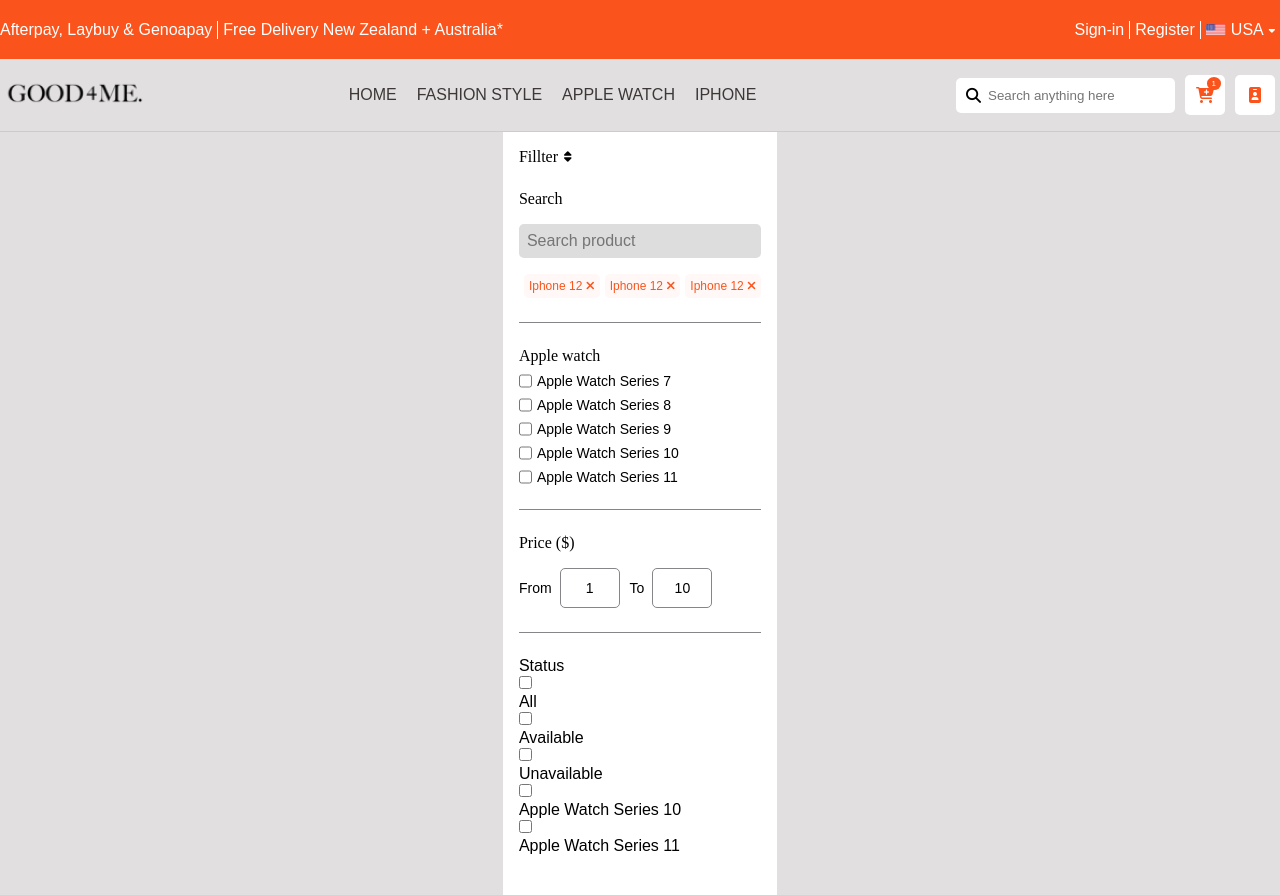
Repository: Ngoc28/Shoppe-web
Page: html/category.html
These files come from the project's save history. The page is drawn as it stood at one moment and after the next save; the edit follows.
The browser window is 1280 px wide. The pictures show the whole page.
Some web fonts or font styles are not loaded; a fallback is used.

Above is the page before, as saved 2023-08-08 14:46:37.

### html/category.html
<!DOCTYPE html>
<html lang="en">
<head>
    <meta charset="UTF-8">
    <meta name="viewport" content="width=device-width, initial-scale=1.0">
    <title>Category</title>
    <link rel="stylesheet" href="../accest/css/base.css">
    <link rel="stylesheet" href="/accest/css/category.css">
    <link rel="stylesheet" href="https://cdnjs.cloudflare.com/ajax/libs/font-awesome/6.4.2/css/all.min.css"
        integrity="sha512-z3gLpd7yknf1YoNbCzqRKc4qyor8gaKU1qmn+CShxbuBusANI9QpRohGBreCFkKxLhei6S9CQXFEbbKuqLg0DA=="
        crossorigin="anonymous" referrerpolicy="no-referrer" />
</head>
<body>
    <header>
        <div class="header-top">
            <div class="header-info wide">
                <div class="header-info-dis">
                    <p class="header-info-country">Afterpay, Laybuy & Genoapay</p>
                    <div class="boder-r"></div>
                    <p class="header-info-country">Free Delivery New Zealand + Australia*</p>
                </div>
                <div class="header-info-user">
                    <div class="header-authen">
                        <p class="btn-sign">Sign-in</p>
                        <div class="boder-r"></div>
                        <p class="btn-register">Register</p>
                        <div class="boder-r"></div>
                    </div>
                    <div class="header-contry">
                        <img src="../accest/image/co.png" alt="" width="20px" , height="12px">
                        <p class="btn-country">
                            USA
                            <i class="fa-solid fa-caret-down"></i>
                        </p>
                    </div>
                </div>
            </div>
        </div>
        <div class="header-bot">
            <div class="header-nav wide">
                <div class="header-logo">
                    <img src="../accest/image/Logo_-_Good4Me_140x 1.png" alt="">
                </div>
                <div class="header-navbar">
                    <ul class="nav-link">
                        <li class="nav-item"><a href="/index.html">Home</a></li>
                        <li class="nav-item"><a href="">Fashion style</a></li>
                        <li class="nav-item"><a href="#">Apple watch</a></li>
                        <li class="nav-item"><a href="">Iphone</a></li>
                    </ul>
                </div>
                <div class="header-choose">
                    <label for="search" class="header-search">
                        <i class="fa-solid fa-magnifying-glass"></i>
                        <input type="text" placeholder="Search anything here" id="search">
                    </label>
                    <div class="header-cart">
                        <i class="fa-solid fa-cart-plus"></i>

                        <div class="cart-number">
                            <span>1</span>
                        </div>
                    </div>
                    <div class="header-contact">
                        <i class="fa-solid fa-id-badge"></i>
                    </div>
                </div>
            </div>
        </div>
    </header>

    <div class="container">
        <div class="container-width main-width">
            <div class="container-nav">
                <div class="container-nav-fil">
                    <p>Fillter</p>
                    <i class="fa-solid fa-sort"></i>
                </div>
                <div class="container-nav-search">
                    <label for="search">Search</label>
                    <input type="search" name="search" id="search" placeholder="Search product">
                    <div class="btn-his">
                        <button>
                            Iphone 12
                            <i class="fa-solid fa-xmark"></i>
                        </button>
                        <button>
                            Iphone 12
                            <i class="fa-solid fa-xmark"></i>
                        </button>
                        <button>
                            Iphone 12
                            <i class="fa-solid fa-xmark"></i>
                        </button>

                    </div>
                </div>

                <div class="line"></div>

                <div class="container-nav-brand">
                    <div class="container-nav-heading">
                        <p>Apple watch</p>
                    </div>
                    <div class="container-nav-check">
                        <div class="container-nav-check-item">
                            <input type="checkbox"><p>Apple Watch Series 7</p>
                        </div>
                        <div class="container-nav-check-item">
                            <input type="checkbox"><p>Apple Watch Series 8</p>
                        </div>
                        <div class="container-nav-check-item">
                            <input type="checkbox"><p>Apple Watch Series 9</p>
                        </div>
                        <div class="container-nav-check-item">
                            <input type="checkbox"><p>Apple Watch Series 10</p>
                        </div>
                        <div class="container-nav-check-item">
                            <input type="checkbox"><p>Apple Watch Series 11</p>
                        </div>
                    </div>
                </div>

                <div class="line"></div>

                <div class="container-nav-price">
                    <p class="container-nav-price-title">
                        Price ($)
                    </p>
                    <div class="container-nav-price-about">
                        <div class="container-nav-price-from">
                            <p>From</p>
                            <button>1</button>
                        </div>

                        <div class="container-nav-price-to">
                            <p>To</p>
                            <button>10</button>
                        </div>
                    </div>
                </div>
                <div class="line"></div>

                <div class="container-nav-status">
                    <p class="container-nav-status">Status</p>
                    <div class="container-nav-status-check">
                        <div class="container-nav-status-item">
                            <input type="checkbox"><p>All</p>
                        </div>
                        <div class="container-nav-status-item">
                            <input type="checkbox"><p>Available</p>
                        </div>
                        <div class="container-nav-status-item">
                            <input type="checkbox"><p>Unavailable</p>
                        </div>
                        <div class="container-nav-status-item">
                            <input type="checkbox"><p>Apple Watch Series 10</p>
                        </div>
                        <div class="container-nav-status-item">
                            <input type="checkbox"><p>Apple Watch Series 11</p>
                        </div>
                    </div>
                </div>
            </div>
            <!-- Product -->
            <div class="container-product">

            </div>
        </div>
    </div>
</body>
</html>

### accest/css/base.css
@font-face{font-family:gilroy-bold;font-style:normal;font-weight:400;src:local('Gilroy-Bold'),url(https://fonts.cdnfonts.com/s/16219/Gilroy-Bold.woff) format('woff')}@font-face{font-family:gilroy-heavy;font-style:normal;font-weight:400;src:local('Gilroy-Heavy'),url(https://fonts.cdnfonts.com/s/16219/Gilroy-Heavy.woff) format('woff')}@font-face{font-family:gilroy-light;font-style:normal;font-weight:400;src:local('Gilroy-Light'),url(https://fonts.cdnfonts.com/s/16219/Gilroy-Light.woff) format('woff')}@font-face{font-family:gilroy-medium;font-style:normal;font-weight:400;src:local('Gilroy-Medium'),url(https://fonts.cdnfonts.com/s/16219/Gilroy-Medium.woff) format('woff')}@font-face{font-family:gilroy-regular;font-style:normal;font-weight:400;src:local('Gilroy-Regular'),url(https://fonts.cdnfonts.com/s/16219/Gilroy-Regular.woff) format('woff')}

*{
    padding: 0;
    margin: 0;
    box-sizing: border-box;
}

:root {
    --main-color: #FA541C;
    --footer-color: #FFF8F6;
    --white-color: #FFFF;
    --text-color: #3D3737;
    --gray-text:#85858A;
    --gray-background: #DDDDDD;
    --main-background: #e0ddddef;
}

.wide{
    width: 1280px;
}

html {
    font-family: gilroy-regular, sans-serif;
}

body {
    background: var(--main-background);
}
/* header */
header {
}

.header-top {
    background: var(--main-color);
    display: flex;
    justify-content: center;
    align-items: center;
    width: 100%;
    height: 100%;
    height: 59px;
}

.header-info {
    display: flex;
    justify-content: space-between;
}

.header-info-dis {
    display: flex;
}

.header-info-country {
    font-size: 16px;
    font-weight: 300;
    color: var(--white-color);
}

.boder-r {
    border-right: 1px solid #fff;
    margin: 0 5px;
}

.header-authen {
    display: flex;
}

.header-info-user {
    display: flex;

}

.btn-sign,
.btn-register {
    border: none;
    background-color: var(--main-color);
    color: var(--white-color);
    font-size: 16px;
    font-weight: 200;
    cursor: pointer;
}


.header-contry {
    display: flex;
    align-items: center;
}

.btn-country {
    border: none;
    background: var(--main-color);
    color: var(--white-color);
    font-size: 16px;
    font-weight: 300;
    text-transform: uppercase;
    padding: 0 5px;
    display: flex;
    align-items: center;
    cursor: pointer;
}

.btn-country i {
    padding-left:5px ;
    font-size: 10px;
    color: var(--white-color);
}

/* NAVBAR */
.header-bot {
    display: flex;
    justify-content: center;
    /* margin: 0 auto; */
    width: 100%;
    /* height: 100%;      */
    border-bottom: 1px solid #ccc ;
    /* background: var(--gray-background); */
}

.header-logo img {
    object-fit: cover;
}

.header-nav {
    height: 72px;
    display: flex;
    align-items: center;
    justify-content: space-between;
}

.nav-link {
    display: flex;

}

.nav-item {
    list-style: none;
}

.nav-item a {
    text-decoration: none;
    color: var(--text-color);
    font-size: 16px;
    font-weight: 600px;
    padding: 0 10px;
    text-transform: uppercase;
}

.nav-item a:hover {
    color: var(--main-color);
}

.header-choose {
    display: flex;
    align-items: center;
    border-radius: 5px;

}

.header-search {
    background: var(--white-color);
    padding: 10px;
    display: flex;
    align-items: center;
    justify-content: center;
    border-radius: 5px;
    margin-right: 5px;
}

.header-search input {
    border: none;
    outline: none;

}

.header-search i {
    font-size: 15px;
    margin-right: 7px;
}

.header-cart,
.header-contact {
    background: var(--white-color);
    /* padding: 10px; */
    border-radius: 5px;
    margin: 0 5px;
    width: 40px;
    height: 40px;
    display: flex;
    justify-content: center;
    align-items: center;
}

.header-cart {
    position: relative;
}

.header-cart i,
.header-contact i {
    color: var(--main-color);
}

.cart-number {
    position: absolute;
    top: -3px;
    right: 4px;
    z-index: 1;
    /* width: 30px;
    height: 30px; */
}
.cart-number span {
    padding: 2px 5px;
    font-size: 8px;
    border-radius: 50%;
    background: var(--main-color);
    color: var(--white-color);
}

/* product */

.component {
    display: flex;
    flex-direction: column;
    margin: 32px auto 0;
}

.product {
    margin: 32px 0;
    display: flex;
    flex-wrap: wrap;
    gap: 32px;
}


.product-item {
    background: var(--white-color);
    display: flex;
    padding: 10px;
    flex: 1;
    border-radius: 8px;
}

.product-info {
    display: flex;
    flex-direction: column;
    gap: 16px;
    margin: auto 0;
}

.product-img {
    margin-right: 10px;
}

.product-img img {
    object-fit: cover;
}

.product-info-title {
    display: flex;
    justify-content: space-between;
}

.product-info-title p {
    font-family: gilroy-medium;
    font-size: 16px;
}

.product-info-title button {
    border: none;
    background: #F6FFED;
    color: #389E0D;
    padding: 5px;
}

.product-info-text p {
    font-size: 16px;
}

.product-info-color {
    display: flex;
}

.product-info-color p {
    font-size: 16px;
    margin-right: 5px;
}

.product-choose-color {
    display: flex;
    background-color: var(--gray-background);
    border-radius: 6px;
    padding: 3px;
}

.product-choose-white{
    margin-right: 5px;
    padding: 1px 8px;
    background: var(--white-color);
    border-radius: 50%;
}

.product-choose-black{
    margin-right: 5px;
    padding: 1px 8px;
    background: #000;
    border-radius: 50%;
}

.product-choose-vio{
    margin-right: 5px;

    padding: 1px 8px ;
    background: #304A23;
    border-radius: 50%;
}

.product-choose-red{
    padding: 1px 8px;
    background: #AF0303;
    border-radius: 50%;
}

.product-info-status {
    display: flex;
}

.product-info-status p{
    font-size: 16px;
    color: var(--text-color);
    margin-right: 5px;
}

.product-info-status span {
    color: #389E0D;
}

.product-info-price {
    display: flex;
    justify-content: space-between;
}

.product-info-price span{
    font-family: gilroy-medium;
    font-size: 16px;
}


/* footer */
footer {
    padding: 32px 0;
    background: var(--footer-color);
}


.footer-top {
    display: flex;
    gap: 40px;
    margin: 0 auto 32px;
}

.text {
    flex: 1;
    display: flex;
    flex-direction: column;
    gap: 16px;
}

.footer-logo img {
    object-fit: cover;
}


.footer-item p {
    font-family: gilroy-medium;
    font-size: 20px;
    text-transform: uppercase;
}

.text p {
    font-size: 16px;
}

.line-footer {
    width: 1280px;
    border-bottom: 1px solid var(--text-color);
    margin: 0 auto 32px;

}

.footer-bot {
    display: flex;
    justify-content: space-between;
    margin: 0 auto;
}

.footer-bot-text p {
    font-size: 16px;
}

.footer-bot-text p span {
    font-family: gilroy-medium;
    color: var(--main-color);
    text-transform: uppercase;
}

### accest/css/category.css
.container {
    display: flex;
    justify-content: center;
}

.container-nav{
    display: flex;
    flex-direction: column;
    background: var(--white-color);
    flex: 1;
    gap: 24px;
    padding: 16px 16px 40px;
    flex-direction: column;
}

.container-nav-fil {
    display: flex;
    align-items: center;
}

.container-nav-fil p{
    font-size: 16px;
    margin-right: 6px;
    font-family: gilroy-medium;

}

.container-nav-fil i {
    font-size: 12px;
}

.container-product {
    flex: 4;
}

.container-nav-search {
    display: flex;
    flex-direction: column;
    gap: 16px;
}

.container-nav-search label{
    display: block;
    font-family: gilroy-medium;
    font-size: 16px;
}

.container-nav-search input {
    background: var(--gray-background);
    border: none;
    outline: none;
    padding: 8px;
    border-radius: 5px;
    font-size: 16px;
}

.btn-his {
    display: flex;
    flex-wrap: wrap;
}

.btn-his button{
    margin-left: 5px;
    background: #FFF8F6;
    color: var(--main-color);
    padding: 5px;
    border-radius: 5px;
    font-size: 12px;
    border: none;
    cursor: pointer;
}

.btn-his button:hover {
    background: var(--main-color);
    color: var(--white-color);

}

.line {
    border-bottom: 1px solid var(--gray-text);
}

.container-nav-heading p {
    font-size: 16px;
    font-family: gilroy-medium;
    margin-bottom: 8px;
}

.container-nav-check {
    display: flex;
    flex-direction: column;
    gap: 8px;
}

.container-nav-check-item {
    display: flex;
}

.container-nav-check-item p {
    font-size: 14px;
    margin-left: 5px;
}

.container-nav-price {

}

.container-nav-price-title {
    font-size: 16px;
    font-family: gilroy-medium;

}

.container-nav-price-about {
    display: flex;
    margin-top: 16px;
}

.container-nav-price-from {
    margin-right: 10px;
}

.container-nav-price-from,
.container-nav-price-to  {
    align-items: center;
    display: flex;
}

.container-nav-price-from p,
.container-nav-price-to p {
    font-size: 14px;
    margin-right: 8px;
}

.container-nav-price-from button,
.container-nav-price-to button {
    width: 60px;
    height: 40px;
    padding: 8px 10px;
    border-radius: 5px;
    font-size: 14px;
    background: var(--white-color);
    border: 1px solid var(--gray-text);
}

After the next save:
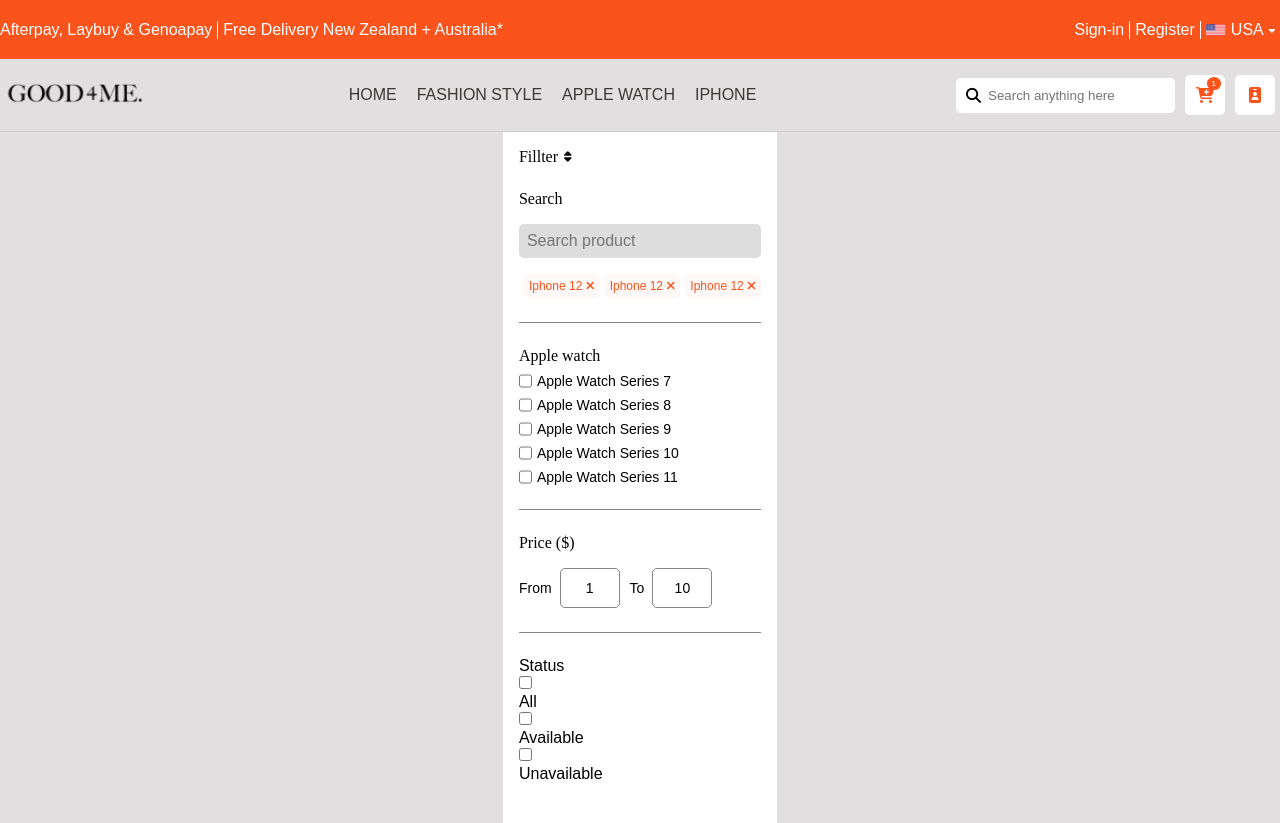
Saved 8 s later.
--- a/html/category.html
+++ b/html/category.html
@@ -153,12 +153,6 @@
                         <div class="container-nav-status-item">
                             <input type="checkbox"><p>Unavailable</p>
                         </div>
-                        <div class="container-nav-status-item">
-                            <input type="checkbox"><p>Apple Watch Series 10</p>
-                        </div>
-                        <div class="container-nav-status-item">
-                            <input type="checkbox"><p>Apple Watch Series 11</p>
-                        </div>
                     </div>
                 </div>
             </div>
